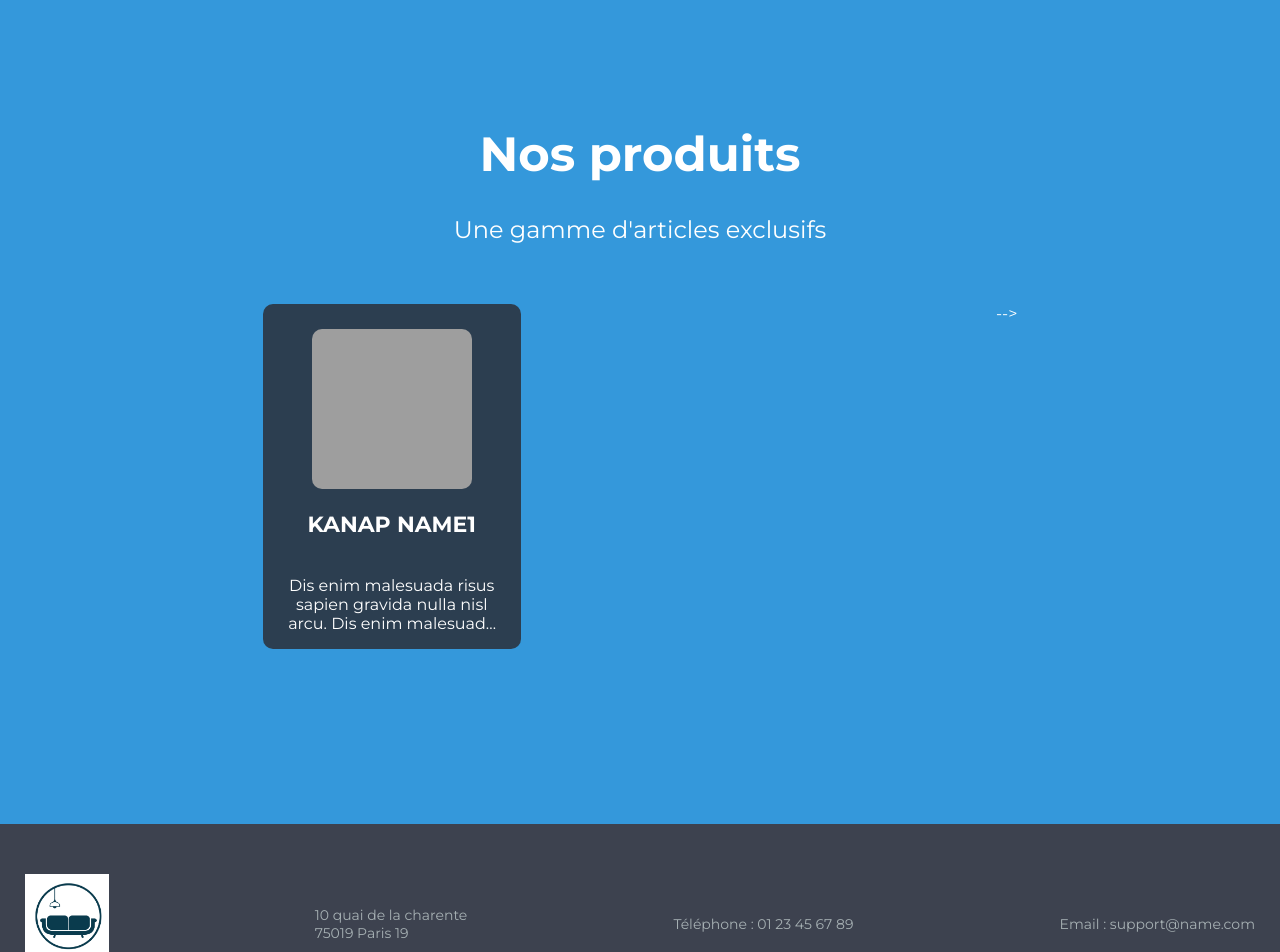
Repository: yacinebouk/p5kanap
Page: front/html/index.html
The author's editor kept a copy of each file at every save. The page is drawn from the files as they stood at one save, then again after the next save.
The browser window is 1280 px wide. The pictures show the part of the page from y = 733 to 1685 px (the page is 1853 px tall).
Pictures or frames that could not be fetched are drawn as grey boxes. The page's requests for data from a server got no answer.

Above is the page before, as saved 2022-08-11 09:09:26.

After the next save:
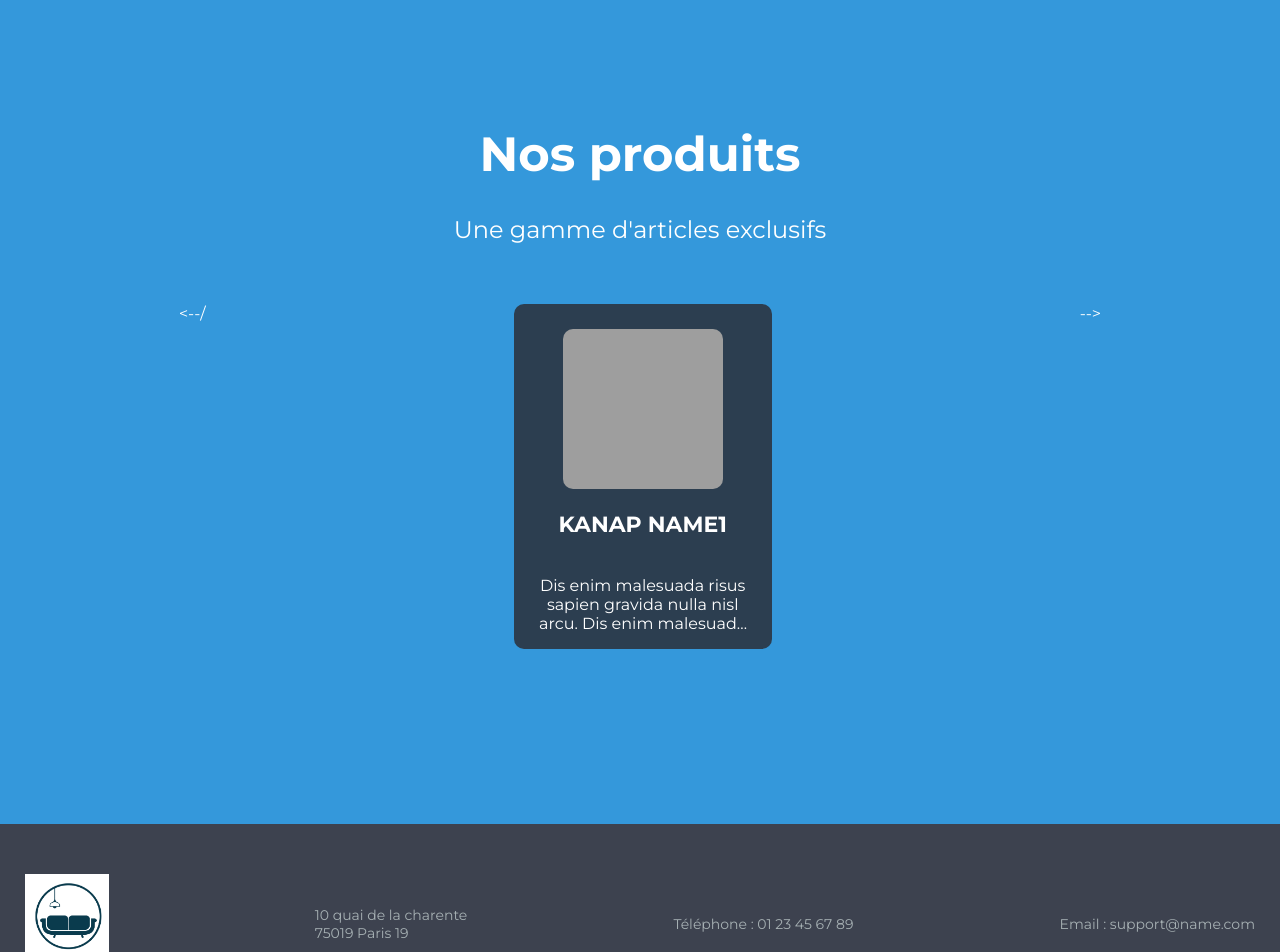
Saved 16 min 40 s later.
--- a/front/html/index.html
+++ b/front/html/index.html
@@ -55,13 +55,13 @@
                 <h2>Une gamme d'articles exclusifs</h2>
             </div>
             <section class="items" id="items">
-                <a href="./product.html?id=42">
+                <--/ <a href="./product.html?id=42">
                     <article>
                         <img src=".../product01.jpg" alt="Lorem ipsum dolor sit amet, Kanap name1">
                         <h3 class="productName">Kanap name1</h3>
                         <p class="productDescription">Dis enim malesuada risus sapien gravida nulla nisl arcu. Dis enim malesuada risus sapien gravida nulla nisl arcu.</p>
                     </article>
-                </a> -->
+                    </a> -->
             </section>
         </div>
     </main>
